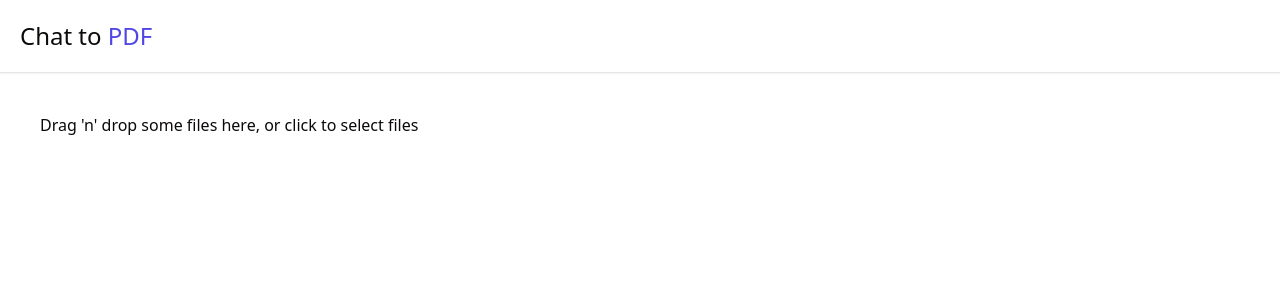
Repository: ankur28/chat-with-pdf
Page: /dashboard/upload
These files come from the project's save history. The page is drawn as it stood at one moment and after a run of saves; the edit follows.
The browser window is 1280 px wide. The pictures show the whole page.
The page's requests for data from a server got no answer. The project was rebuilt for these pictures with package versions that can differ from the ones it lists, and the page was loaded fresh each time. Some packages were replaced by stand-ins written for this rebuild. The framework's server and built-in components were replaced by stand-ins that run in the browser. No one was signed in, and anything a server would have sent is missing. Also part of the build but not shown: next.config.js, next.config.mjs, lib/utils.ts, components/ui/button.tsx.

Above is the page before, as saved 2024-07-24 19:31:43.

After the next 5 saves:
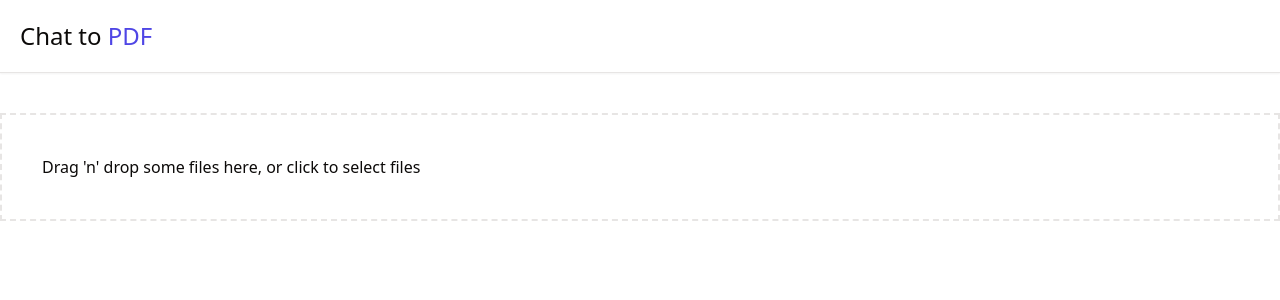
The 5 saves are shown as one change because they came seconds apart.
The last was saved 16 s later.
--- a/app/dashboard/upload/page.tsx
+++ b/app/dashboard/upload/page.tsx
@@ -13,7 +13,7 @@ function UploadPage() {
     <div className=''>
         {/* Loading section */}
     <div {...getRootProps()}
-    className="p-10 ">
+    className="p-10 border-2 border-dashed mt-10 w">
       <input {...getInputProps()} />
       {
           isDragActive ?
